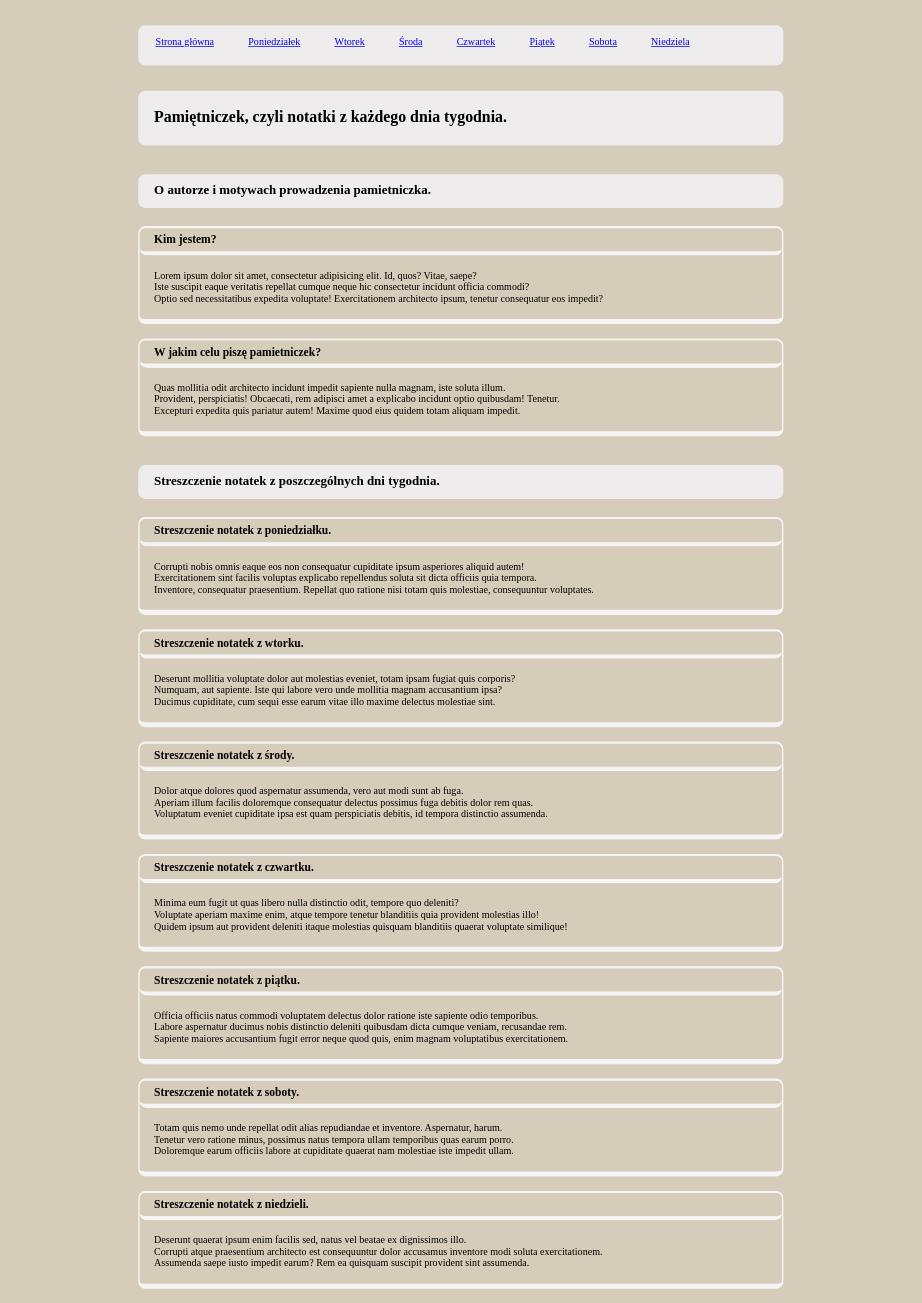
Repository: ArturNatwora/hompage
Page: index.html
An editor plug-in stored every save of this project. The page is shown before and after the next save, followed by the edit.
The browser window is 1280 px wide. The pictures show the whole page, at 72% of full size.

Above is the page before, as saved 2019-06-11 20:15:59.

### index.html
<!DOCTYPE html>
<html lang="pl">

<head>
    <meta charset="UTF-8">
    <meta name="viewport" content="width=device-width, initial-scale=1.0">
    <meta http-equiv="X-UA-Compatible" content="ie=edge">
    <link rel="stylesheet" href="index.css">
    <title>Strona domowa w ramach kursu WTf CO TEN FRONTEND.</title>
</head>

<body>
    <header class="bodyHeader">
        <nav class="bodyHeader__nav">
            <ul class="bodyHeader__navListLink" >
                <li class="bodyHeader__navItemLink"><a class="bodyHeader__navLink" href="index.html">Strona główna</a></li>
                <li class="bodyHeader__navItemLink"><a class="bodyHeader__navLink" href="./days/1.html">Poniedziałek</a></li>
                <li class="bodyHeader__navItemLink"><a class="bodyHeader__navLink" href="./days/2.html">Wtorek</a></li>
                <li class="bodyHeader__navItemLink"><a class="bodyHeader__navLink" href="./days/3.html">Środa</a></li>
                <li class="bodyHeader__navItemLink"><a class="bodyHeader__navLink" href="./days/4.html">Czwartek</a></li>
                <li class="bodyHeader__navItemLink"><a class="bodyHeader__navLink" href="./days/5.html">Piątek</a></li>
                <li class="bodyHeader__navItemLink"><a class="bodyHeader__navLink" href="./days/6.html">Sobota</a></li>
                <li class="bodyHeader__navItemLink"><a class="bodyHeader__navLink" href="./days/7.html">Niedziela</a></li>
            </ul>
        </nav>
        <h1 class="bodyHeader__title">Pamiętniczek, czyli notatki z każdego dnia tygodnia.</h1>
    </header>
    <main class="main">
        <section class="section">
            <h2 class="section__title">O autorze i motywach prowadzenia pamietniczka.</h2>
            <article class="article">
                <h3 class="article__title">Kim jestem?</h3>
                <p>Lorem ipsum dolor sit amet, consectetur adipisicing elit. Id, quos? Vitae, saepe?</p>
                <p>Iste suscipit eaque veritatis repellat cumque neque hic consectetur incidunt officia commodi?</p>
                <p>Optio sed necessitatibus expedita voluptate! Exercitationem architecto ipsum, tenetur consequatur eos
                    impedit?</p>
            </article>
            <article class="article">

                <h3 class="article__title">W jakim celu piszę pamietniczek?</h3>
                <p>Quas mollitia odit architecto incidunt impedit sapiente nulla magnam, iste soluta illum.</p>
                <p>Provident, perspiciatis! Obcaecati, rem adipisci amet a explicabo incidunt optio quibusdam! Tenetur.
                </p>
                <p>Excepturi expedita quis pariatur autem! Maxime quod eius quidem totam aliquam impedit.</p>
            </article>

        </section>

        <section class="section">
                <h2 class="section__title">Streszczenie notatek z poszczególnych dni tygodnia.</h2>
                <article class="article">
                    <h3 class="article__title">Streszczenie notatek z poniedziałku.</h3>
                    <p>Corrupti nobis omnis eaque eos non consequatur cupiditate ipsum asperiores aliquid autem!</p>
                    <p>Exercitationem sint facilis voluptas explicabo repellendus soluta sit dicta officiis quia
                        tempora.</p>
                    <p>Inventore, consequatur praesentium. Repellat quo ratione nisi totam quis molestiae, consequuntur
                        voluptates.</p>
                </article>
                <article class="article">
                    <h3 class="article__title">Streszczenie notatek z wtorku.</h3>
                    <p>Deserunt mollitia voluptate dolor aut molestias eveniet, totam ipsam fugiat quis corporis?</p>
                    <p>Numquam, aut sapiente. Iste qui labore vero unde mollitia magnam accusantium ipsa?</p>
                    <p>Ducimus cupiditate, cum sequi esse earum vitae illo maxime delectus molestiae sint.</p>
                </article>
                <article class="article">
                    <h3 class="article__title">Streszczenie notatek z środy.</h3>
                    <p>Dolor atque dolores quod aspernatur assumenda, vero aut modi sunt ab fuga.</p>
                    <p>Aperiam illum facilis doloremque consequatur delectus possimus fuga debitis dolor rem quas.</p>
                    <p>Voluptatum eveniet cupiditate ipsa est quam perspiciatis debitis, id tempora distinctio
                        assumenda.</p>
                </article>
                <article class="article">
                    <h3 class="article__title">Streszczenie notatek z czwartku.</h3>
                    <p>Minima eum fugit ut quas libero nulla distinctio odit, tempore quo deleniti?</p>
                    <p>Voluptate aperiam maxime enim, atque tempore tenetur blanditiis quia provident molestias illo!
                    </p>
                    <p>Quidem ipsum aut provident deleniti itaque molestias quisquam blanditiis quaerat voluptate
                        similique!</p>
                </article>
                <article class="article">
                    <h3 class="article__title">Streszczenie notatek z piątku.</h3>
                    <p>Officia officiis natus commodi voluptatem delectus dolor ratione iste sapiente odio temporibus.
                    </p>
                    <p>Labore aspernatur ducimus nobis distinctio deleniti quibusdam dicta cumque veniam, recusandae
                        rem.</p>
                    <p>Sapiente maiores accusantium fugit error neque quod quis, enim magnam voluptatibus
                        exercitationem.</p>
                </article>
                <article class="article">
                    <h3 class="article__title">Streszczenie notatek z soboty.</h3>
                    <p>Totam quis nemo unde repellat odit alias repudiandae et inventore. Aspernatur, harum.</p>
                    <p>Tenetur vero ratione minus, possimus natus tempora ullam temporibus quas earum porro.</p>
                    <p>Doloremque earum officiis labore at cupiditate quaerat nam molestiae iste impedit ullam.</p>
                </article>
                <article class="article">
                    <h3 class="article__title">Streszczenie notatek z niedzieli.</h3>
                    <p>Deserunt quaerat ipsum enim facilis sed, natus vel beatae ex dignissimos illo.</p>
                    <p>Corrupti atque praesentium architecto est consequuntur dolor accusamus inventore modi soluta
                        exercitationem.</p>
                    <p>Assumenda saepe iusto impedit earum? Rem ea quisquam suscipit provident sint assumenda.</p>
                </article>
            </section>


    </main>
    <script src="index.js"></script>
</body>

</html>

### index.css

*{
    margin: 0;
    padding: 0;
    box-sizing: border-box;
    font-size: 14px;
}


body{
    width: 70%;
    margin:  auto;
    background: rgb(214, 204, 186);

}

.bodyHeader {
    width: 100%;

    display: block;
    position: relative;


}
.bodyHeader__nav{
    background: rgb(238, 236, 236);
    width: 100%;
    height: auto;
    margin: 35px 0;

    display: block;

    border-width: 3px 2px 7px 2px ;
    border-style: solid;
    border-color: rgb(238, 236, 236);
    border-radius: 10px;
}
.bodyHeader__navListLink {
    width: 100%;
    list-style: none;
    display: block;
}
.bodyHeader__navItemLink{
    display: inline-block;
    margin: 10px 20px;
    border-width: 3px 2px 7px 2px ;
    border-style: solid;
    border-color: rgb(238, 236, 236);
    border-radius: 10px;
}

.bodyHeader__title{
    font-size: 22px;
    display: block;
    margin:16px 0;
    padding: 20px;
    background: rgb(238, 236, 236);

    border-width: 3px 2px 7px 2px ;
    border-style: solid;
    border-color: rgb(238, 236, 236);
    border-radius: 10px;
}
.section{
    width: 100%;
    margin:40px 0 0 0 ;




}
.section__title{
    width: 100%;
    font-size: 18px;
    display: block;
    margin:25px 0;
    padding: 8px 20px;
    background: rgb(238, 236, 236);

    border-width: 3px 2px 7px 2px ;
    border-style: solid;
    border-color: rgb(238, 236, 236);
    border-radius: 10px;
}
.article{

    display: block;
    margin:0 0 20px 0;
    padding:0 0 20px 0px;
    border-width: 3px 2px 7px 2px ;
    border-style: solid;
    border-color: whitesmoke;
    border-radius: 10px;

}
.article__title{
    font-size: 16px;
    display: block;
    margin:0 0 20px 0 ;
    padding: 7px 20px;

    border-width: 0 0 6px 0 ;
    border-style: solid;
    border-color: whitesmoke;
    border-radius: 10px;

}
p{
    text-align: justify;
    padding: 0 20px;
}

Loaded but not shown: index.js (no copy from this time; the picture is the same without it)

After the next save:
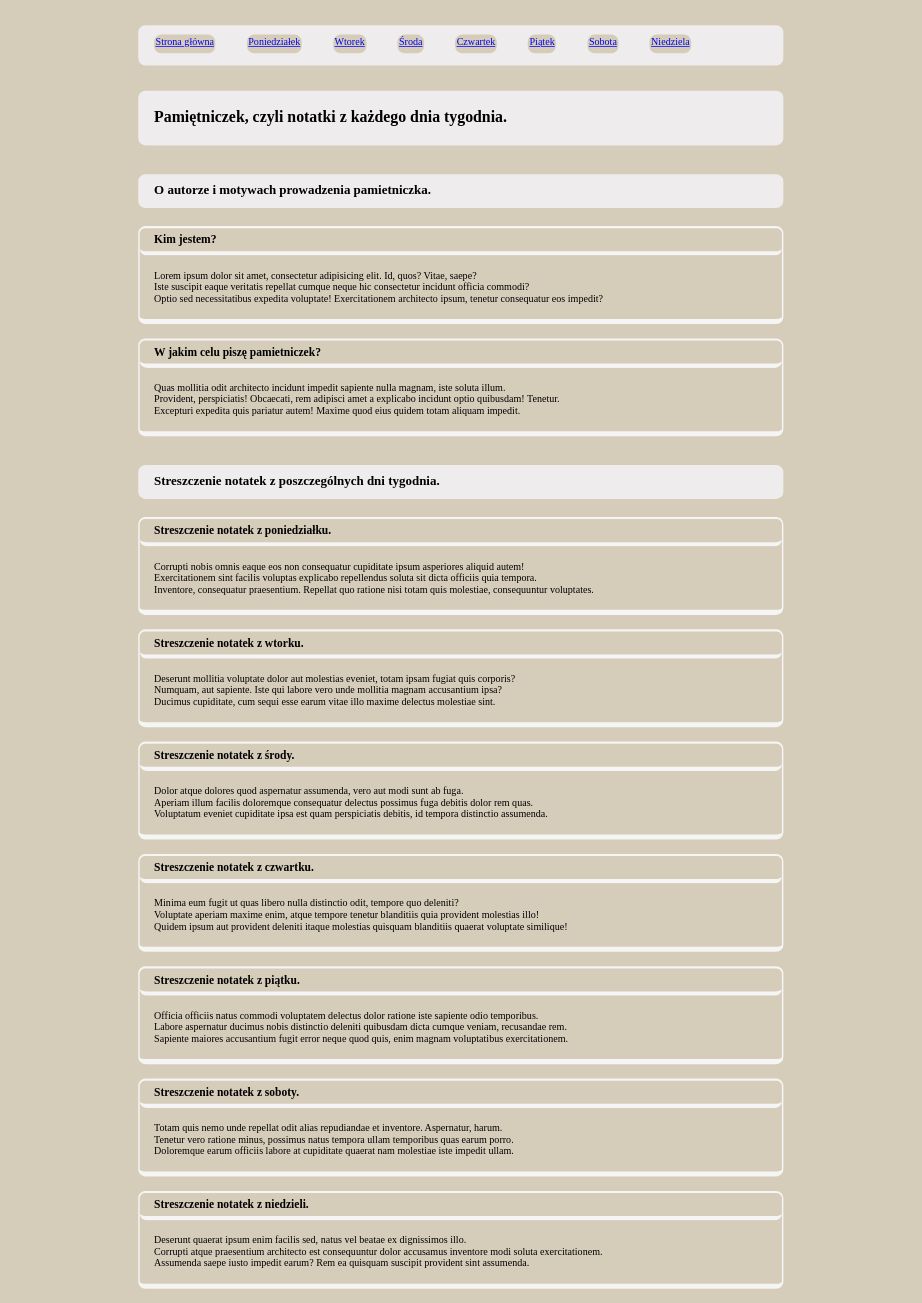
Saved 70 s later.
--- a/index.css
+++ b/index.css
@@ -41,11 +41,12 @@ body{
     display: block;
 }
 .bodyHeader__navItemLink{
+    background: rgb(214, 204, 186);
     display: inline-block;
     margin: 10px 20px;
     border-width: 3px 2px 7px 2px ;
     border-style: solid;
-    border-color: rgb(238, 236, 236);
+    border-color: rgb(214, 204, 186);
     border-radius: 10px;
 }
 
